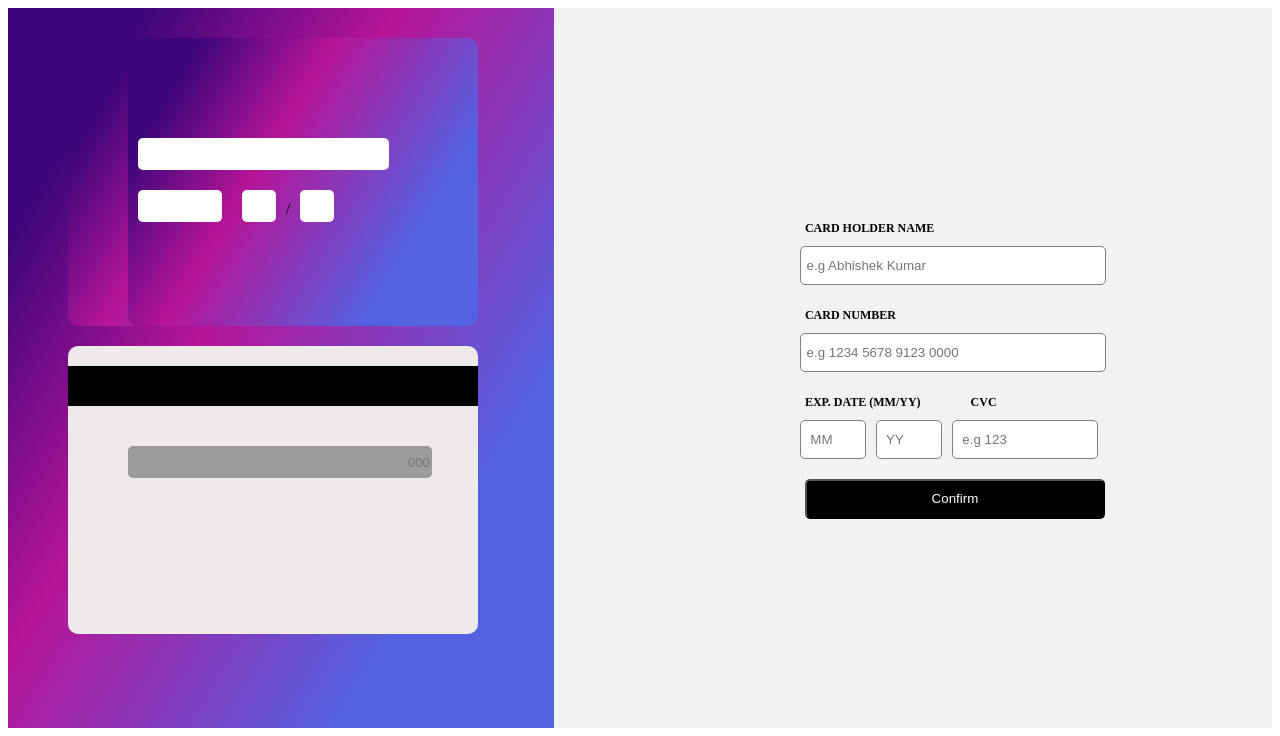
Repository: Abhi2359/frontendchallenge-1
Page: /
These files come from the project's save history. The page is drawn as it stood at one moment and after the next save; the edit follows.
The browser window is 1280 px wide. The pictures show the whole page.
The project was rebuilt for these pictures with package versions that can differ from the ones it lists, and the page was loaded fresh each time.

Above is the page before, as saved 2023-02-15 20:44:51.

After the next save:
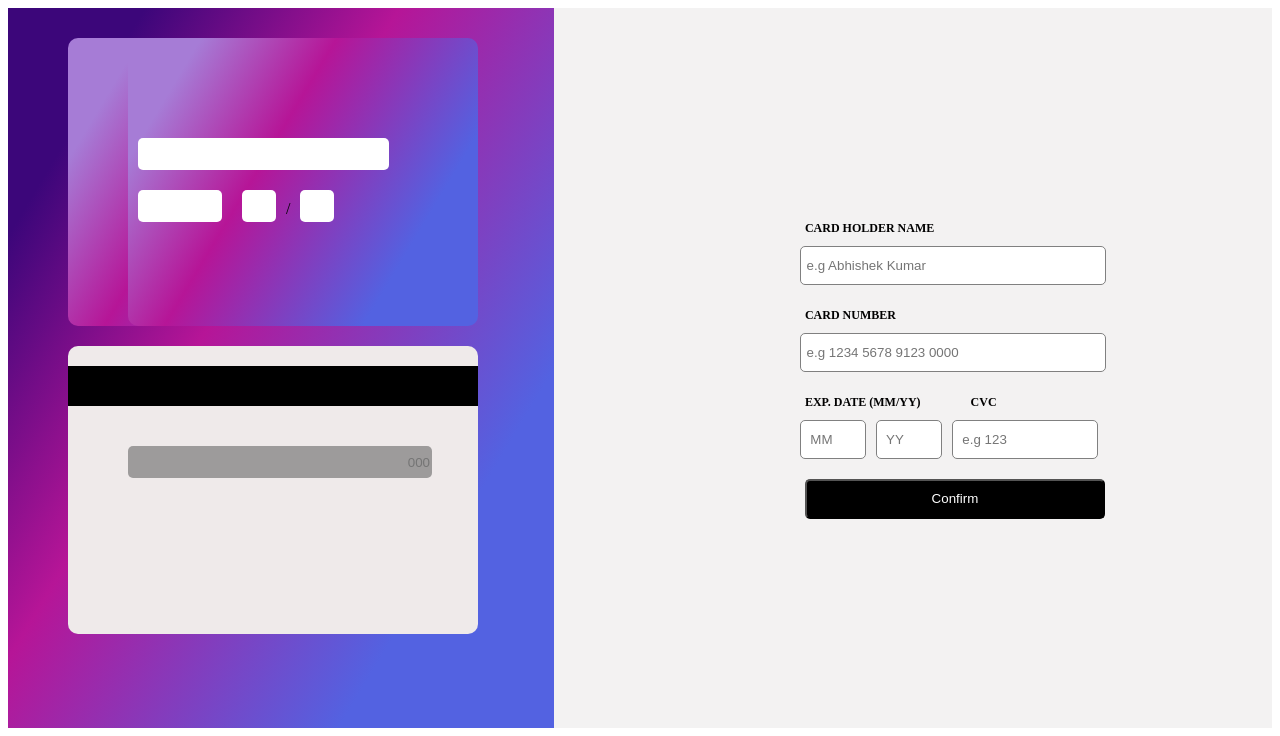
Saved 25 s later.
--- a/src/components/Cards/Card1.css
+++ b/src/components/Cards/Card1.css
@@ -1,6 +1,6 @@
 .card1 {
   background: rgb(60,6,122);
-  background: linear-gradient(121deg, rgba(60,6,122,1) 14%, rgba(182,21,151,1) 40%, rgba(83,98,225,1) 78%);
+  background: linear-gradient(121deg, rgb(166, 124, 214) 14%, rgba(182,21,151,1) 40%, rgba(83,98,225,1) 78%);
   height: 40vh;
   width: 350px;
   border-radius: 10px;
